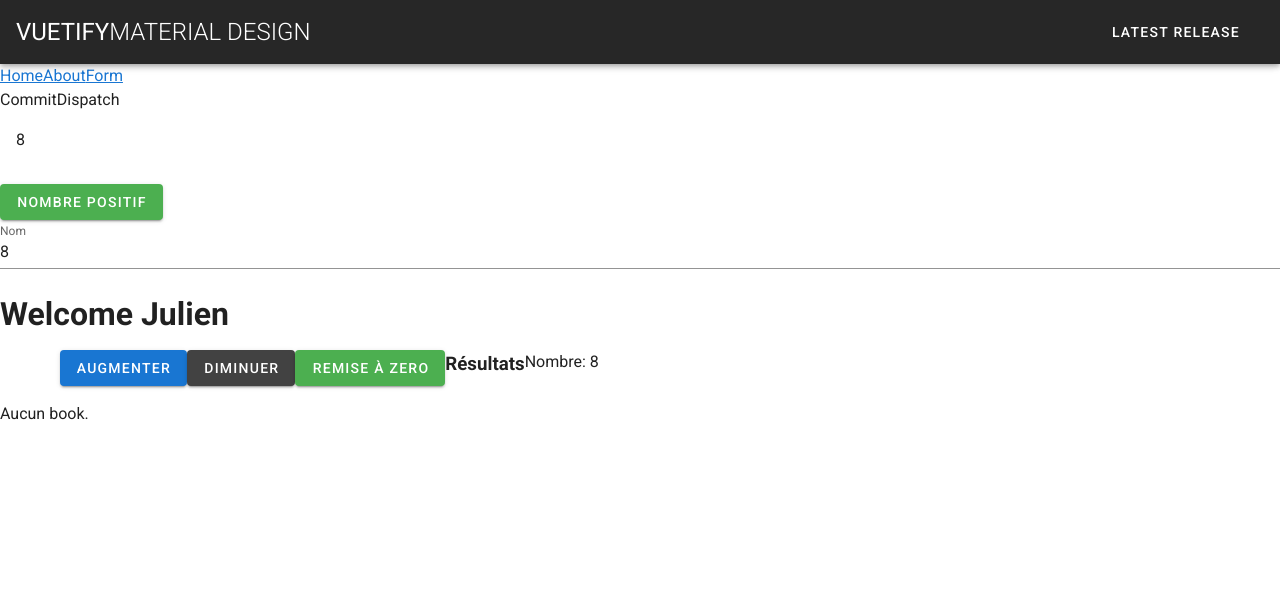
Repository: Symfomany/vuex-testing
Page: /
An editor plug-in stored every save of this project. The page is shown before and after a run of saves, followed by the edit.
The browser window is 1280 px wide. The pictures show the whole page.
The page's requests for data from a server got no answer. The project was rebuilt for these pictures with package versions that can differ from the ones it lists, and the page was loaded fresh each time. No one was signed in, and anything a server would have sent is missing.

Above is the page before, as saved 2019-07-29 07:42:44.

After the next 4 saves:
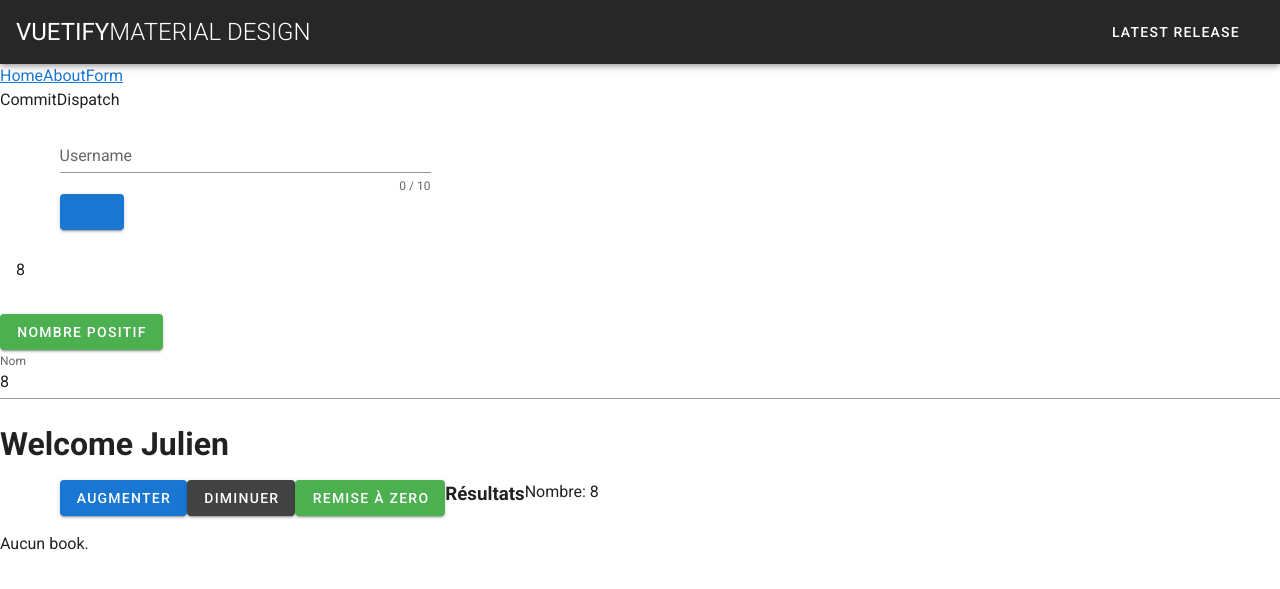
The 4 saves are shown as one change because 1 did not build or start and some came seconds apart.
The last was saved 75 s later.
--- a/src/containers/Home.vue
+++ b/src/containers/Home.vue
@@ -1,7 +1,8 @@
 <template>
   <div class="home">
     <ComponentWithButtons />
-<Nb />
+    <Send />
+    <Nb />
 
     <h1>Welcome Julien</h1>
     <HelloWorld
@@ -25,6 +26,7 @@
 import HelloWorld from "@/components/HelloWorld.vue";
 import Nb from "@/components/Nb.vue";
 import ComponentWithButtons from "@/components/ComponentWithButtons.vue";
+import Send from "@/components/Send.vue";
 
 
 import Liste from "@/components/Liste.vue";
@@ -36,6 +38,7 @@ export default {
   name: "home",
   components: {
     HelloWorld,
+    Send,
     Liste,
     ComponentWithButtons,
     Nb
--- a/src/components/Send.vue
+++ b/src/components/Send.vue
@@ -12,7 +12,7 @@
                         label="Username"
                         required
                     ></v-text-field>
-                    <v-btn color="primary" type="submit">
+                    <v-btn color="primary" type="submit" />
                 </v-flex>
             </v-layout>
         </v-container>
